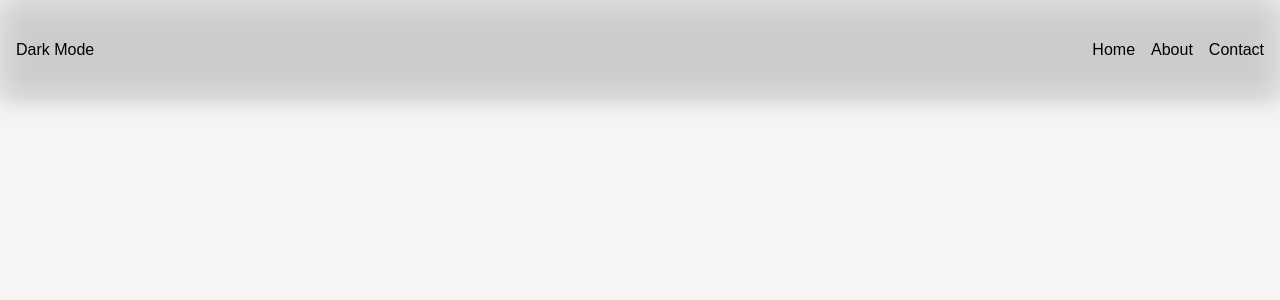
Repository: Iban-del/PortfolioV2
Page: /
These files come from the project's save history. The page is drawn as it stood at one moment and after a run of saves; the edit follows.
The browser window is 1280 px wide. The pictures show the whole page.
The project was rebuilt for these pictures with package versions that can differ from the ones it lists, and the page was loaded fresh each time. Also part of the build but not shown: vite.config.ts.

Above is the page before, as saved 2026-09-16 15:10:20.

After the next 3 saves:
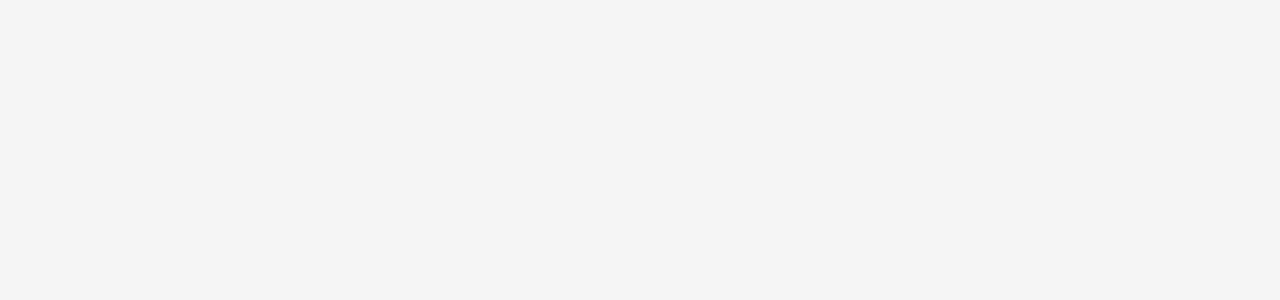
Console error: ReferenceError: AiOutlineMoon is not defined
The 3 saves are shown as one change because 1 did not build or start and some came seconds apart.
The last was saved 37 s later.
--- a/src/components/Nav.tsx
+++ b/src/components/Nav.tsx
@@ -101,7 +101,7 @@ const ToggleThemeButton = () => {
     const toggleTheme = () => {
         if(theme === "light"){
             setTheme("dark");
-            document.documentElement.classList.add("dark");
+
         }else{
             setTheme("light");
             document.documentElement.classList.remove("dark");
@@ -110,7 +110,7 @@ const ToggleThemeButton = () => {
 
     return (
         <button onClick={toggleTheme} className="text-black hover:text-primary transition-colors duration-300">
-            { theme === "light" ? "Dark Mode" : "Light Mode" }
+            { theme === "light" ? <AiOutlineMoon /> : <AiOutlineSun /> }
         </button>
     )
 }

After the 2 saves that followed:
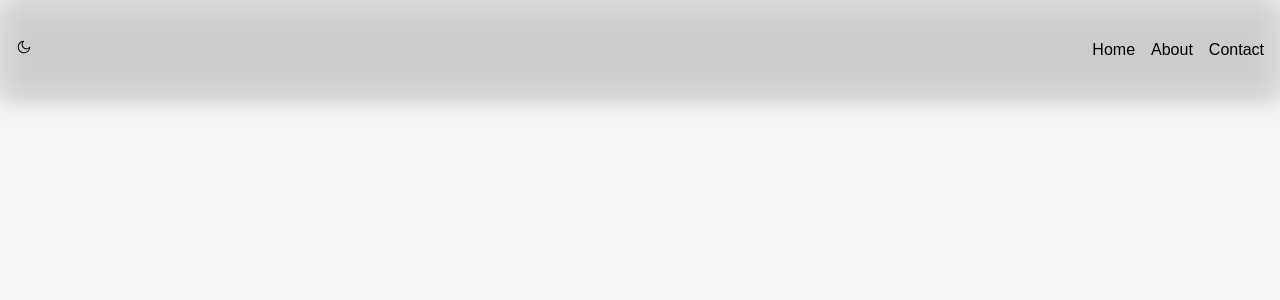
The error is gone.
The 2 saves are shown as one change because they came seconds apart.
The last was saved 6 s later.
--- a/src/components/Nav.tsx
+++ b/src/components/Nav.tsx
@@ -1,5 +1,5 @@
 import { useMemo, useRef, useState } from "react";
-import { AiOutlineClose, AiOutlineMenu } from "react-icons/ai";
+import { AiOutlineClose, AiOutlineMenu, AiOutlineMoon, AiOutlineSun } from "react-icons/ai";
 import { useGSAP } from '@gsap/react';
 import gsap from "gsap";
 
